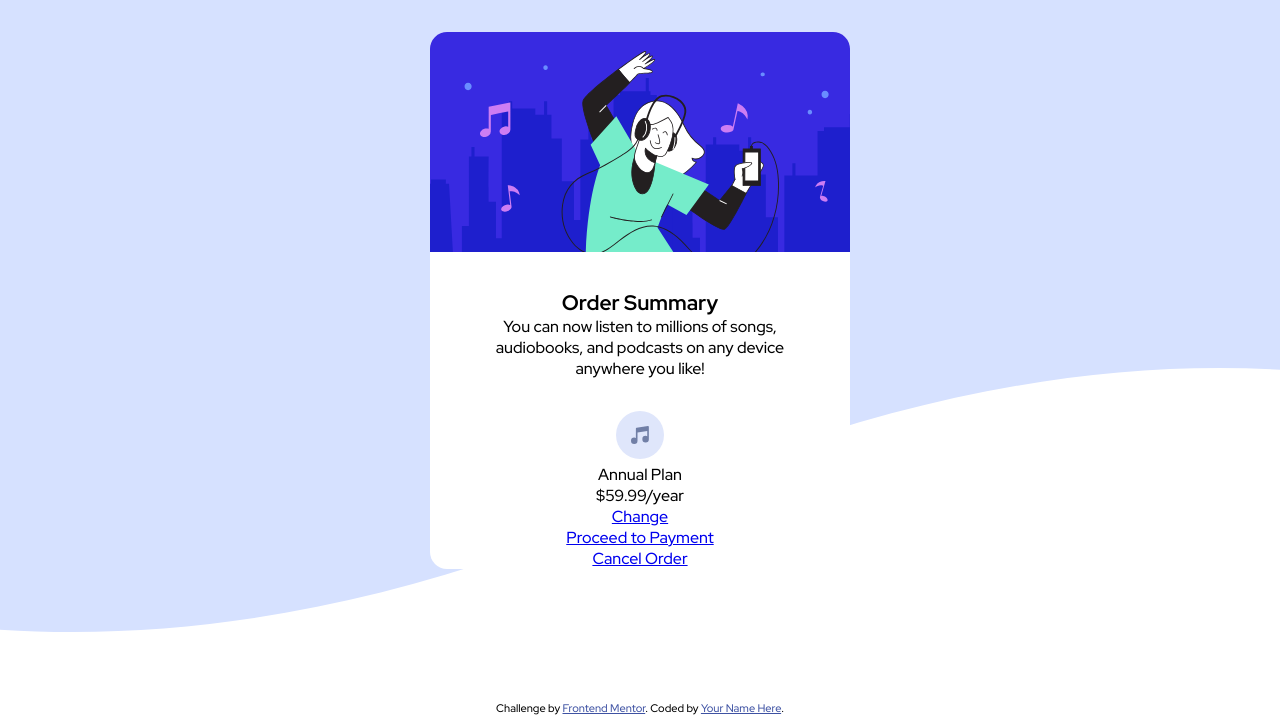
Repository: DejV44/order-summary-frontend
Page: index.html
The author's editor kept a copy of each file at every save. The page is drawn from the files as they stood at one save, then again after the next save.
The browser window is 1280 px wide. The pictures show the whole page.
The style sheet was rebuilt from its Sass, Less or Tailwind sources for each picture, by a compiler version that may differ from the author's.

Above is the page before, as saved 2021-08-12 21:07:38.

After the next save:
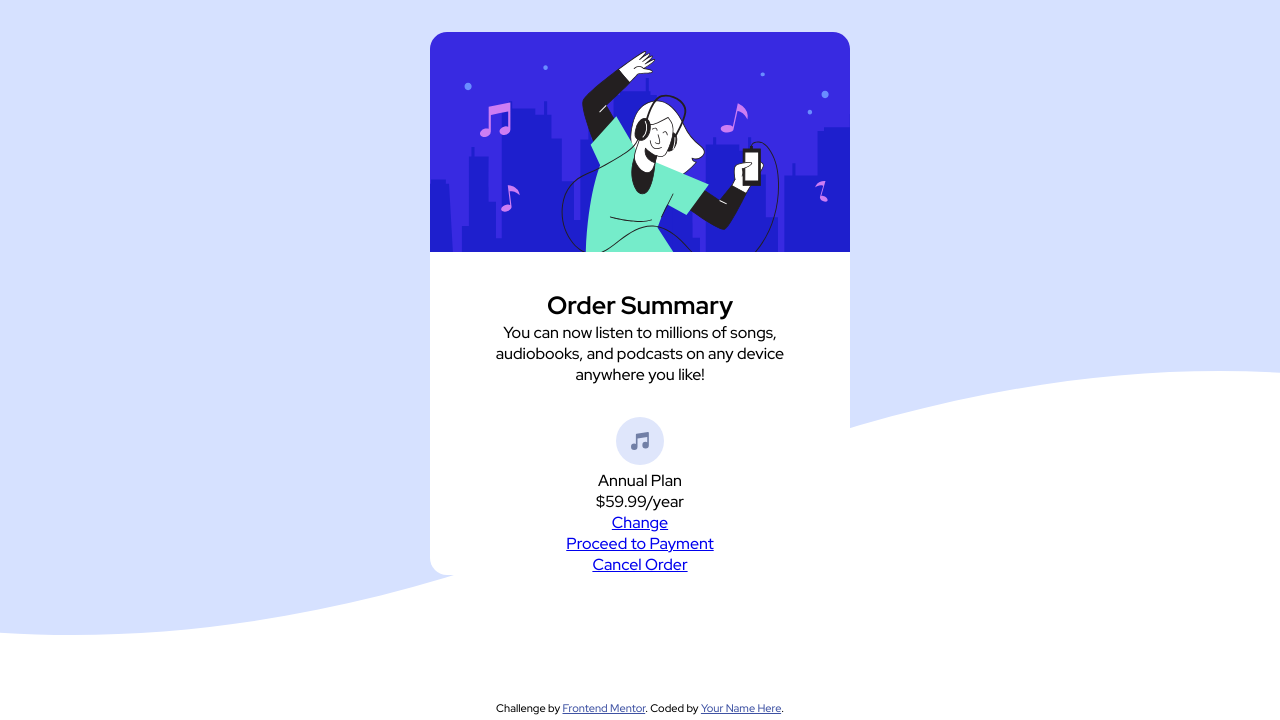
Saved 6 s later.
--- a/css/_mixins.scss
+++ b/css/_mixins.scss
@@ -45,6 +45,6 @@
     padding: 2rem;
 
     h1 {
-        font-size: 21px;
+        font-size: 25px;
     }
 }
